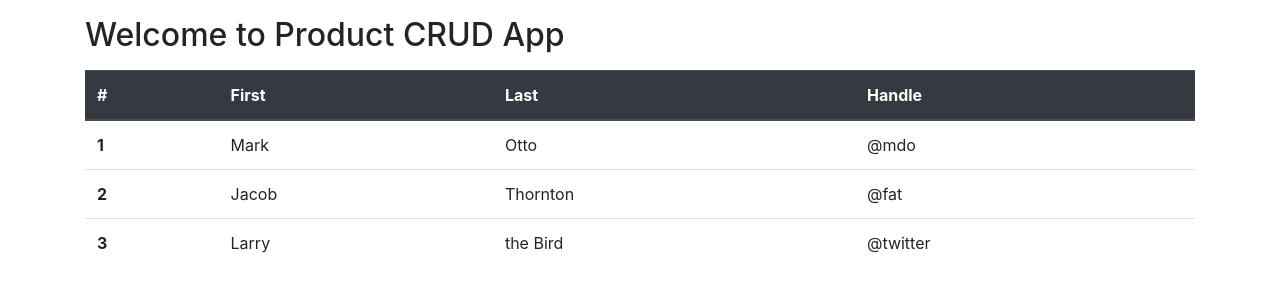
Repository: saroj789/Spring-Practice
Page: http://localhost/productcrudapp/WEB-INF/views/home.jsp
An editor plug-in stored every save of this project. The page is shown before and after the next save, followed by the edit.
The browser window is 1280 px wide. The pictures show the whole page.
The page is served by Tomcat 9. Nobody is signed in. The template is opened directly, without the code that normally fills it, so the values that code supplies are empty.

Above is the page before, as saved 2023-07-23 08:34:09.

After the next save:
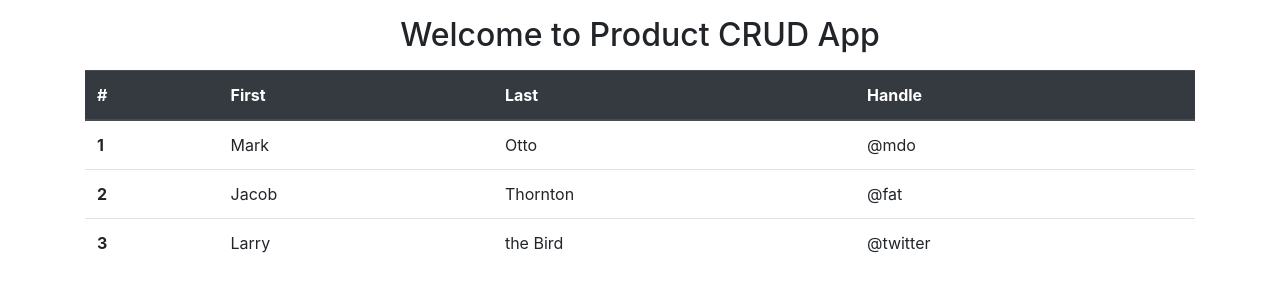
Saved 33 s later.
--- a/productcrudapp/src/main/webapp/WEB-INF/views/home.jsp
+++ b/productcrudapp/src/main/webapp/WEB-INF/views/home.jsp
@@ -11,7 +11,7 @@
 	<div class="container mt-3">
 		<div class="row">
 			<div class="col-md-12">
-				<h2 class="text-centre mb-3">Welcome to Product CRUD App</h2>
+				<h2 class="text-center mb-3">Welcome to Product CRUD App</h2>
 				<table class="table">
 				  <thead class="thead-dark">
 				    <tr>
